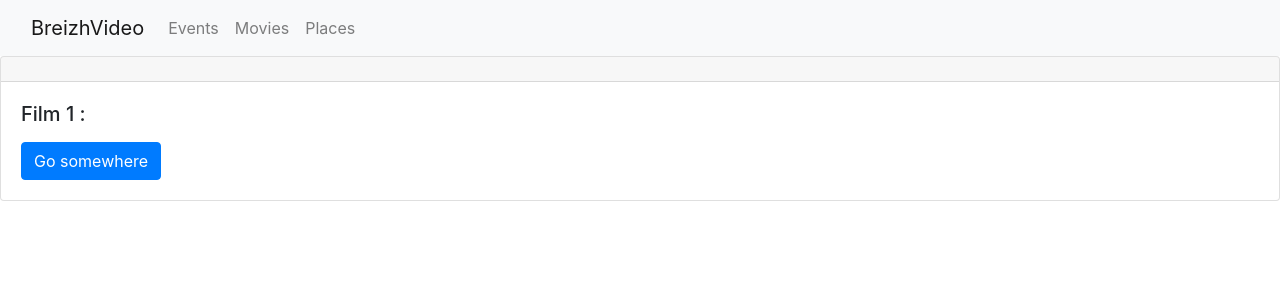
Repository: romgrm/Hackaton_BreizhVideo_FRONT
Page: /Events
These files come from the project's save history. The page is drawn as it stood at one moment and after the next save; the edit follows.
The browser window is 1280 px wide. The pictures show the whole page.
The page's requests for data from a server got no answer. Some web libraries are served in a nearby version. The project was rebuilt for these pictures with package versions that can differ from the ones it lists, and the page was loaded fresh each time. No one was signed in, and anything a server would have sent is missing. Also part of the build but not shown: src/Components/Films.js, src/Components/Village.js.

Above is the page before, as saved 2020-12-21 20:16:07.

After the next save:
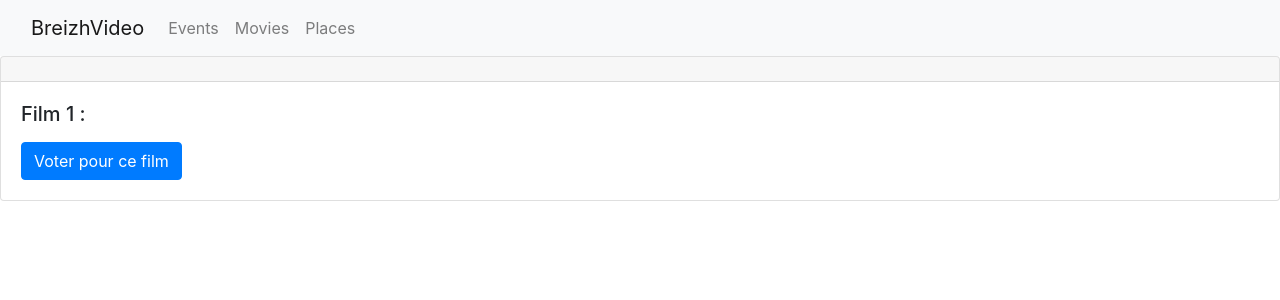
Saved 18 s later.
--- a/src/Components/Events.js
+++ b/src/Components/Events.js
@@ -32,7 +32,7 @@ export default function Events() {
                 <p class="card-text"> {event.map((current) =>(
                 current.films.description
                          ))}</p>
-                <a href="#" class="btn btn-primary">Go somewhere</a>
+                <a href="#" class="btn btn-primary">Voter pour ce film</a>
             </div>
         </div>
         // <div className="container-fluid text-center ">
